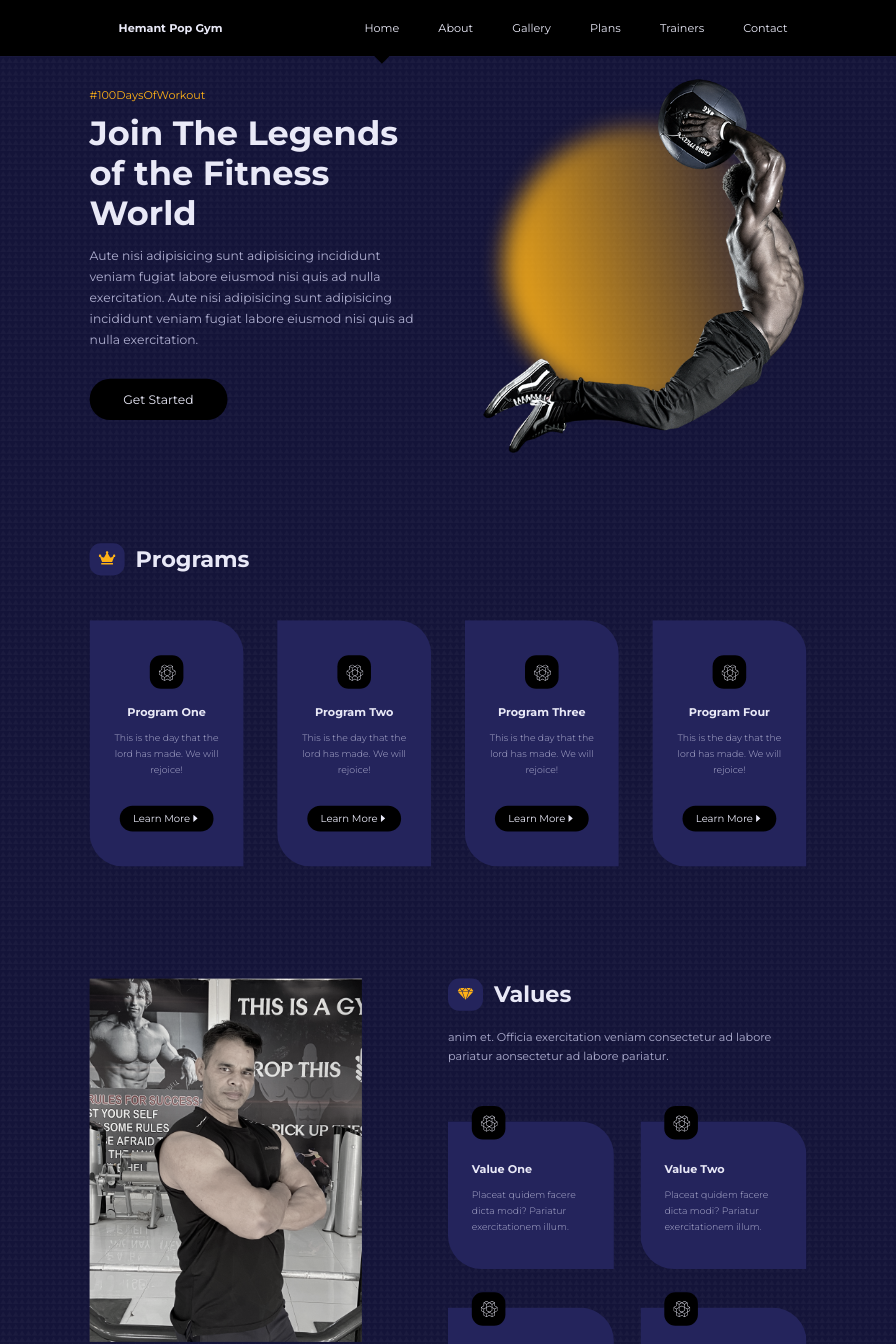
Repository: aryaMode/gym-portfolio
Page: /
These files come from the project's save history. The page is drawn as it stood at one moment and after the next save; the edit follows.
The browser window is 1280 px wide. The pictures show the part of the page from y = 0 to 1920 px (the page is 3960 px tall), at 70% of full size.
The project was rebuilt for these pictures with package versions that can differ from the ones it lists, and the page was loaded fresh each time. Also part of the build but not shown: src/pages/about/about.css, src/components/Header.jsx, src/pages/about/About.jsx, src/pages/contact/contact.css, src/pages/contact/Contact.jsx, src/pages/gallery/gallery.css, src/pages/gallery/Gallery.jsx, src/pages/notFound/notFound.css and 6 more.

Above is the page before, as saved 2023-07-20 16:24:46.

### public/index.html
<!DOCTYPE html>
<html lang="en">

<head>
    <meta charset="UTF-8">
    <meta http-equiv="X-UA-Compatible" content="IE=edge">
    <meta name="viewport" content="width=device-width, initial-scale=1.0">
    <title>Portfolio Website</title>
    <!-- GOOGLE FONTS (montserrat) -->
    <link href="https://fonts.googleapis.com/css2?family=Montserrat:wght@300;400;500;600;700&display=swap"
        rel="stylesheet">
</head>

<body>
    <div id="root"></div>
</body>

</html>

### src/App.jsx
// rafce -> shortcut to create component and export
import { BrowserRouter, Routes, Route } from "react-router-dom";
import React from "react";
import Home from "./pages/home/Home";
import About from "./pages/about/About";
import Contact from "./pages/contact/Contact";
import Gallery from "./pages/gallery/Gallery";
import NotFound from "./pages/notFound/NotFound";
import Plans from "./pages/plans/Plans";
import Trainers from "./pages/trainers/Trainers";
import Navbar from "./components/Navbar";
import Footer from "./components/Footer";

const App = () => {
	return (
		<BrowserRouter>
			<Navbar />
			<Routes>
				<Route index element={<Home />} />
				<Route path="about" element={<About />} />
				<Route path="contact" element={<Contact />} />
				<Route path="gallery" element={<Gallery />} />
				<Route path="plans" element={<Plans />} />
				<Route path="trainers" element={<Trainers />} />
				<Route path="*" element={<NotFound />} />
			</Routes>
			<Footer />
		</BrowserRouter>
	);
};

export default App;

### src/pages/home/Home.jsx
import React from "react";
import "./home.css";
import MainHeader from "../../components/MainHeader";
import Program from "../../components/Program";
import Values from "../../components/Values";
import FAQs from "../../components/FAQs";
import Testimonial from "../../components/Testimonial";
// import Footer from "../../components/Footer";

const Home = () => {
	return (
		<>
			<MainHeader />
			<Program />
			<Values />
			<FAQs />
			<Testimonial />
			{/* <Footer /> comment this out so footer wount be double */}
		</>
	);
};

export default Home;

### src/components/Navbar.jsx
import { useState } from "react";
import { Link, NavLink } from "react-router-dom";
// NavLink comes with an isactive prop which we can use to detect which page we on
// so we can have a special style for that link
import React from "react";
import Logo from "../images/logo.png";
import { links } from "../data";
import { GoThreeBars } from "react-icons/go";
import { MdOutlineClose } from "react-icons/md";
import "./navbar.css";

const Navbar = () => {
	const [isNavShowing, setIsNavShowing] = useState(false);

	const handleNavToggle = () => {
		return setIsNavShowing((prevVAlue) => {
			return !prevVAlue;
		});
	};

	return (
		<nav>
			<div className="container nav__container">
				<Link to="/" className="logo" onClick={handleNavToggle}>
					{/* <img src={Logo} alt="Nav-logo" /> */}
					<div>Hemant Pop Gym</div>
				</Link>
				<ul
					className={`nav__links ${isNavShowing ? "show__nav" : "hide__nav"}`}
				>
					{/* Destructure the links array of object from the links to get each item */}
					{links.map(({ name, path }, index) => {
						return (
							<li key={index}>
								<NavLink
									to={path}
									className={({ isActive }) => (isActive ? "active-nav" : "")}
									onClick={handleNavToggle}
								>
									{name}
								</NavLink>
							</li>
						);
					})}
				</ul>
				<button onClick={handleNavToggle} className="nav__toggle-btn">
					{isNavShowing ? <MdOutlineClose /> : <GoThreeBars />}
				</button>
			</div>
		</nav>
	);
};

export default Navbar;

// export PATH=$PATH:/home/daveworld/bin

### src/components/Footer.jsx
import React from "react";
import { Link } from "react-router-dom";
import Logo from "../images/logo.png";
import { FaLinkedin } from "react-icons/fa";
import { FaFacebookF } from "react-icons/fa";
import { AiOutlineTwitter } from "react-icons/ai";
import { AiFillInstagram } from "react-icons/ai";

const Footer = () => {
	return (
		<footer>
			<div className="container footer__container">
				<article>
					<Link to="/" className="logo">
						{/* <img src={Logo} alt="Footer Logo" /> */}
						<h1>Hemant Pop Gym</h1>
					</Link>
					<p>
						Consectetur non nostrud enim nostrud est culpa ullamco incididunt
						nisi. Consectetur non nostrud enim nostrud est culpa ullamco
						incididunt nisi.
					</p>
					<div className="footer__socials">
						<a
							href="https://www.linkedin.com/in/eniola-ademola-7386161a7/"
							target="_blank"
							rel="noreferrer noopener"
						>
							<FaLinkedin />
						</a>
						<a
							href="https://facebook.com/"
							target="_blank"
							rel="noreferrer noopener"
						>
							<FaFacebookF />
						</a>
						<a
							href="https://twitter.com/_daveworld"
							target="_blank"
							rel="noreferrer noopener"
						>
							<AiOutlineTwitter />
						</a>
						<a
							href="https://instagram.com/_daveworld"
							target="_blank"
							rel="noreferrer noopener"
						>
							<AiFillInstagram />
						</a>
					</div>
				</article>
				<article>
					<h4>Permalinks</h4>
					<Link to="/about">About</Link>
					<Link to="/plans">Plans</Link>
					<Link to="/trainers">Trainers</Link>
					<Link to="/gallery">Gallery</Link>
					<Link to="/contact">Contact</Link>
				</article>
				<article>
					<h4>Insights</h4>
					<Link to="/s">Blog</Link>
					<Link to="/s">Case Studies</Link>
					<Link to="/s">Events</Link>
					<Link to="/s">Communities</Link>
					<Link to="/constact">FAQs</Link>
				</article>
				<article>
					<h4>Get In Touch</h4>
					<Link to="/contact">Plans</Link>
					<Link to="/s">Trainers</Link>
				</article>
			</div>
			<div className="footer__copyright">
				<small> &copy; Eniola Ademola </small>
			</div>
		</footer>
	);
};

export default Footer;

### src/components/MainHeader.jsx
import React from "react";
import { Link } from "react-router-dom";
import Image from "../images/main_header.png";

const MainHeader = () => {
	return (
		<header className="main__header">
			<div className="container main__header-container">
				<div className="main__header-left">
					<h4>#100DaysOfWorkout</h4>
					<h1>Join The Legends of the Fitness World</h1>
					<p>
						Aute nisi adipisicing sunt adipisicing incididunt veniam fugiat
						labore eiusmod nisi quis ad nulla exercitation. Aute nisi
						adipisicing sunt adipisicing incididunt veniam fugiat labore eiusmod
						nisi quis ad nulla exercitation.
					</p>
					<Link to="/plans" className="btn lg">
						Get Started
					</Link>
				</div>
				<div className="main__header-right">
					<div className="main__header-circle"></div>
					<div className="main__header-image">
						<img src={Image} alt="MainHeaderImage" />
					</div>
				</div>
			</div>
		</header>
	);
};

export default MainHeader;

### src/components/Program.jsx
import React from "react";
import { FaCrown } from "react-icons/fa";
import SectionHead from "./SectionHead";
import { programs } from "../data";
import Card from "../UI/Card";
import { Link } from "react-router-dom";
import { AiFillCaretRight } from "react-icons/ai";

const Program = () => {
	return (
		<section className="programs">
			<div className="container programs container">
				<SectionHead icon={<FaCrown />} title="Programs" />

				<div className="program__wrapper">
					{programs.map(({ id, icon, title, info, path }) => {
						return (
							<Card className="programs__program" key={id}>
								<span>{icon}</span>
								<h4>{title}</h4>
								<small>{info}</small>
								<Link to={path} className="btn sm">
									Learn More <AiFillCaretRight />
								</Link>
							</Card>
						);
					})}
				</div>
			</div>
		</section>
	);
};

export default Program;

### src/components/Values.jsx
import React from "react";
import Image from "../images/values.jpg";
import SectionHead from "./SectionHead";
import { GiCutDiamond } from "react-icons/gi";
import { values } from "../data";
import Card from "../UI/Card";

const Values = () => {
	return (
		<section className="values">
			<div className="container values__container">
				<div className="values__left">
					<div className="values__image">
						<img src={Image} alt="values Image" />
					</div>
				</div>
				<div className="values__right">
					<SectionHead icon={<GiCutDiamond />} title="Values" />
					<p>
						anim et. Officia exercitation veniam consectetur ad labore pariatur
						aonsectetur ad labore pariatur.
					</p>
					<div className="values__wrapper">
						{values.map(({ id, icon, title, desc }) => {
							return (
								<Card className="values__value" key={id}>
									<span>{icon}</span>
									<h4>{title}</h4>
									<small>{desc}</small>
								</Card>
							);
						})}
					</div>
				</div>
			</div>
		</section>
	);
};

export default Values;

### src/components/FAQs.jsx
import React from "react";
import { FaQuestion } from "react-icons/fa";
import { faqs } from "../data";
import FAQ from "./FAQ";
import SectionHead from "./SectionHead";
const FAQs = () => {
	return (
		<section className="faqs">
			<div className="container faqs__container">
				<SectionHead icon={<FaQuestion />} title="FAQs" />
				<div className="faqs__wrapper">
					{faqs.map(({ id, question, answer }) => {
						return <FAQ key={id} question={question} answer={answer} />;
					})}
				</div>
			</div>
		</section>
	);
};

export default FAQs;

### src/components/Testimonial.jsx
import React, { useState } from "react";
import SectionHead from "./SectionHead";
import { ImQuotesLeft } from "react-icons/im";
import Card from "../UI/Card";
import {
	IoIosArrowDropleftCircle,
	IoIosArrowDroprightCircle,
} from "react-icons/io";
import { testimonials } from "../data";

const Testimonial = () => {
	const [index, setIndex] = useState(0);
	const { name, quote, job, avatar } = testimonials[index];

	const handlePreviousTestimonial = () => {
		setIndex((prevValue) => {
			return prevValue - 1;
		});
		if (index <= 0) {
			setIndex(testimonials.length - 1);
		}
	};
	const handleAfterTestimonial = () => {
		setIndex((prevValue) => {
			return prevValue + 1;
		});
		if (index >= testimonials.length - 1) {
			setIndex(0);
		}
	};

	return (
		<section className="testimonials">
			<div className="container testimonial__container">
				<SectionHead
					icon={<ImQuotesLeft />}
					title="Testimonials"
					className="testimonials__head"
				/>
				<Card className="testimonial">
					<div className="testimonial__avatar">
						<img src={avatar} alt={name} />
					</div>
					<p className="testimonial__quote">{`"${quote}"`}</p>
					<h5>{name}</h5>
					<small className="testimonial__title">{job}</small>
				</Card>
				<div className="testimonial__btn-container">
					<button
						className="testimonials__btn"
						onClick={handlePreviousTestimonial}
					>
						<IoIosArrowDropleftCircle />
					</button>
					<button
						className="testimonials__btn"
						onClick={handleAfterTestimonial}
					>
						<IoIosArrowDroprightCircle />
					</button>
				</div>
			</div>
		</section>
	);
};

export default Testimonial;

### src/UI/Card.jsx
import React from "react";

const Card = ({ className, children }) => {
	return <article className={`card ${className}`}>{children}</article>;
};

export default Card;

### src/components/navbar.css
nav{
    height: 5rem;
    width: 100vw; /*100% of the window/browser*/
    background: var(--color-primary);
    display: grid;
    place-items: center;
    position: fixed; /*commnt this to see hiden layers*/
    top: 0;
    left: 0;
    z-index: 99; /* makes sure it sit on all items*/
}

/* Only show on medium and small screens */
.nav__toggle-btn {
    display: none;
}

.nav__container {
    height: 100%;
    padding-right: 25rem;
    display: flex;
    justify-content: space-between;
    align-items: center;
    position: relative;
}

.logo{
    width: 50vw;
    font-size: 1rem;
    font-weight: bold;
    margin-right: 50px;
    display: flex;
}

.nav__links{
    display: flex;
    gap: 3.5rem;
    align-items: center;
}

.nav__links a {
    transition: var(--transition);
}

.nav__links a:hover {
    color: var(--color-secondary);
}

.active-nav {
    position: relative;
}

.active-nav::after{
    content: "";
    display: block;
    width: 1.2rem;
    height: 1.2rem;
    background-color: var(--color-primary);
    position: absolute;
    left: calc(50% - 0.6rem);
    transform: rotate(45deg);
    margin-top: 0.9rem;
}

 /******************** MEDIA QUERIES (mesium and small screens) ********************/
 @media screen and (max-width: 1024px) {
    .nav__toggle-btn {
        display: inline-block;
        background: transparent;
        font-size: 1.8rem;
        cursor: pointer;
    }

    .nav__toggle-btn svg{
        color: var(--color-gray-100);
    }

    .nav__links {
        position: absolute;
        top: 100%;
        right: 0;
        flex-direction: column;
        gap: 0;
        perspective: 400px;
    }

    .active-nav {
        display: none;
    }

    .active-nav, .active-nav::after{
        display: none;
    }

    .nav__links li {
        height: 4rem;
        width: 100%;
        box-shadow: -2rem 2rem 5rem rgba(0, 0, 0, 0.5);
        animation: navAnimation 600ms ease forwards;
        transform: rotateX(90deg);
        opacity: 0;
        transform-origin: top;
    }

    .nav__links li:nth-child(2) {
        animation-delay: 200ms;
    }
    .nav__links li:nth-child(3) {
        animation-delay: 400ms;
    }
    .nav__links li:nth-child(4) {
        animation-delay: 600ms;
    }
    .nav__links li:nth-child(5) {
        animation-delay: 800ms;
    }
    .nav__links li:nth-child(6) {
        animation-delay: 1s;
    }
    .nav__links li:nth-child(7) {
        animation-delay: 1.2s;
    }

    @keyframes navAnimation {
        to {
            transform: rotateX(0);
            opacity: 1;
        }
    }

    .nav__links li a {
        background-color: var(--color-primary);
        height: 100%;
        width: 100%;
        display: flex;
        align-items: center;
        padding: 1rem 5rem 1rem 3rem;
    }

    .show__nav {
        display: flex;
    }

    .hide__nav {
        display: none;
    }

 }

### src/components/SectionHead.jsx
import React from "react";

// A reuseable component for each section name
const SectionHead = ({ icon, title, className }) => {
	return (
		<div className={`section__head ${className}`}>
			<span>{icon}</span>
			<h2>{title}</h2>
		</div>
	);
};

export default SectionHead;

### src/components/FAQ.jsx
import React, { useState } from "react";
import { AiOutlinePlus } from "react-icons/ai";
import { AiOutlineMinus } from "react-icons/ai";

const FAQ = ({ question, answer }) => {
	const [isAnswerShowing, setIsAnswerShowing] = useState(false);

	const handleFAQ = () => {
		return setIsAnswerShowing((prevValue) => {
			return !prevValue;
		});
	};

	return (
		<article className="faq" onClick={handleFAQ}>
			<div>
				<h4>{question}</h4>
				<button className="faq__icon">
					{isAnswerShowing ? <AiOutlineMinus /> : <AiOutlinePlus />}
				</button>
			</div>
			{isAnswerShowing && <p>{answer}</p>}
		</article>
	);
};

export default FAQ;

Loaded but not shown: src/index.js (common file); src/data.js (320 lines, source omitted); src/pages/home/home.css (412 lines, source omitted); src/index.css (248 lines, source omitted)

After the next save:
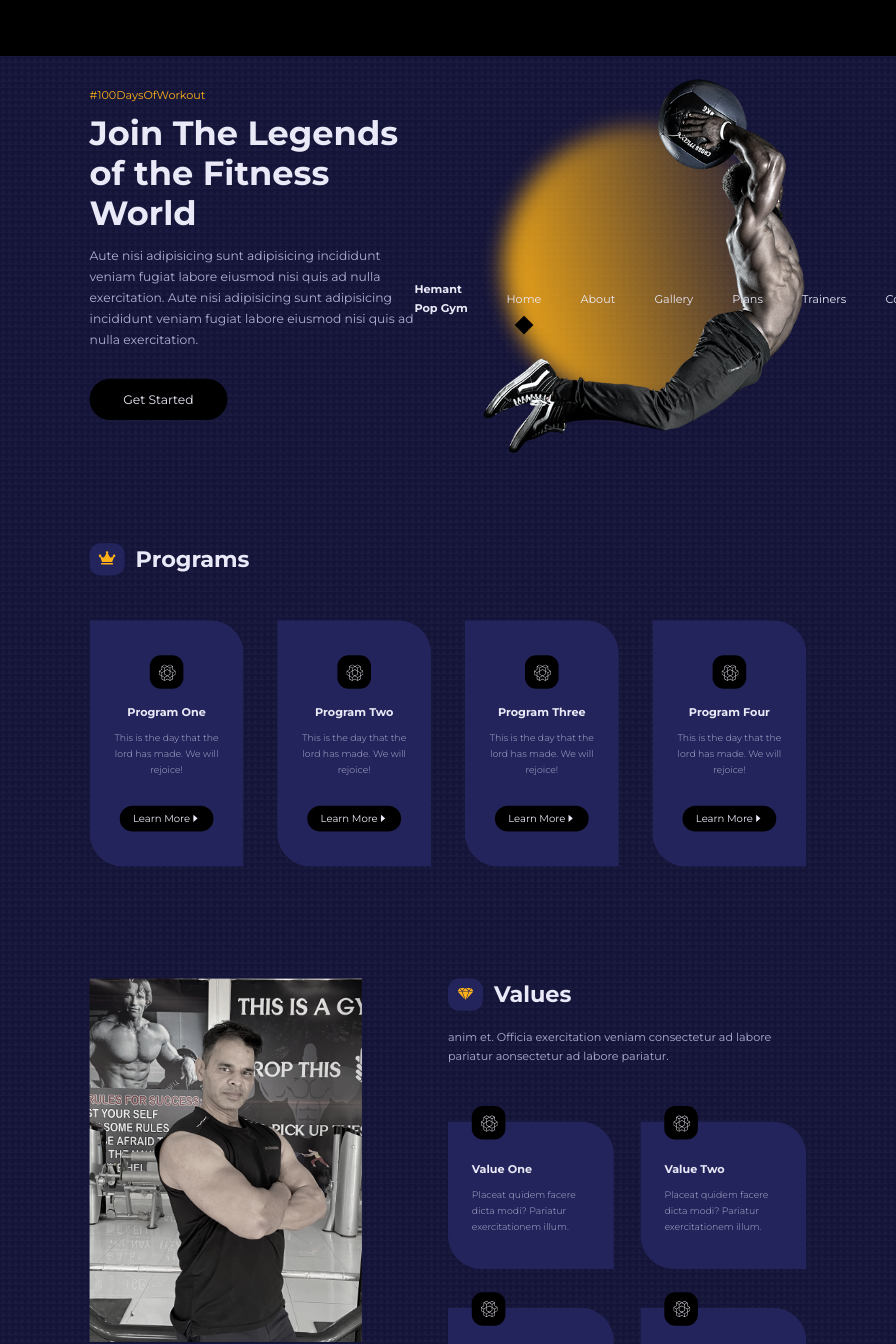
Saved 10 s later.
--- a/src/components/navbar.css
+++ b/src/components/navbar.css
@@ -17,7 +17,7 @@
 
 .nav__container {
     height: 100%;
-    padding-right: 25rem;
+    padding: 25rem;
     display: flex;
     justify-content: space-between;
     align-items: center;

After the 2 saves that followed:
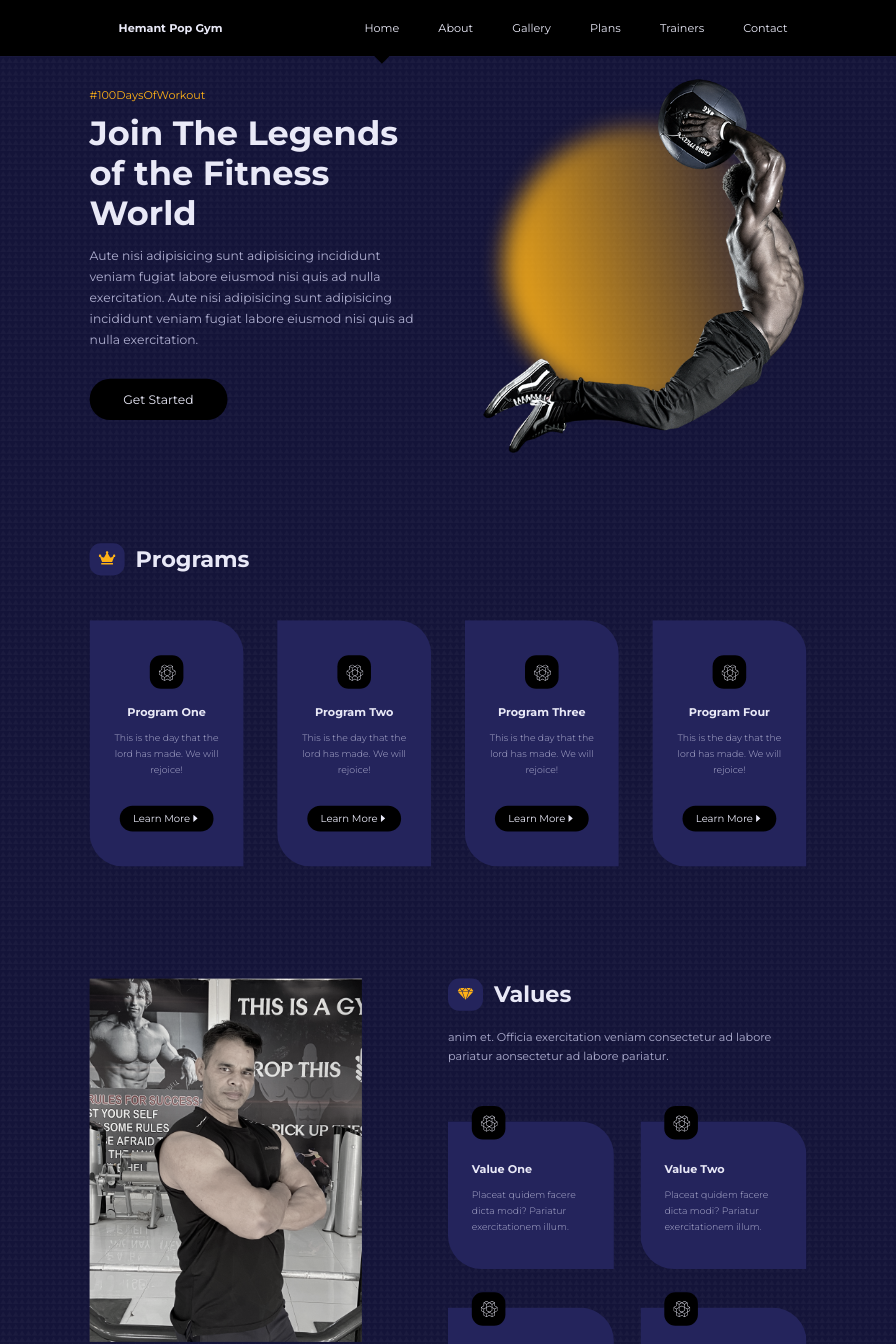
The 2 saves are shown as one change because they came seconds apart.
The last was saved 8 s later.
--- a/src/components/navbar.css
+++ b/src/components/navbar.css
@@ -17,7 +17,7 @@
 
 .nav__container {
     height: 100%;
-    padding: 25rem;
+    padding-right: 25rem;
     display: flex;
     justify-content: space-between;
     align-items: center;
